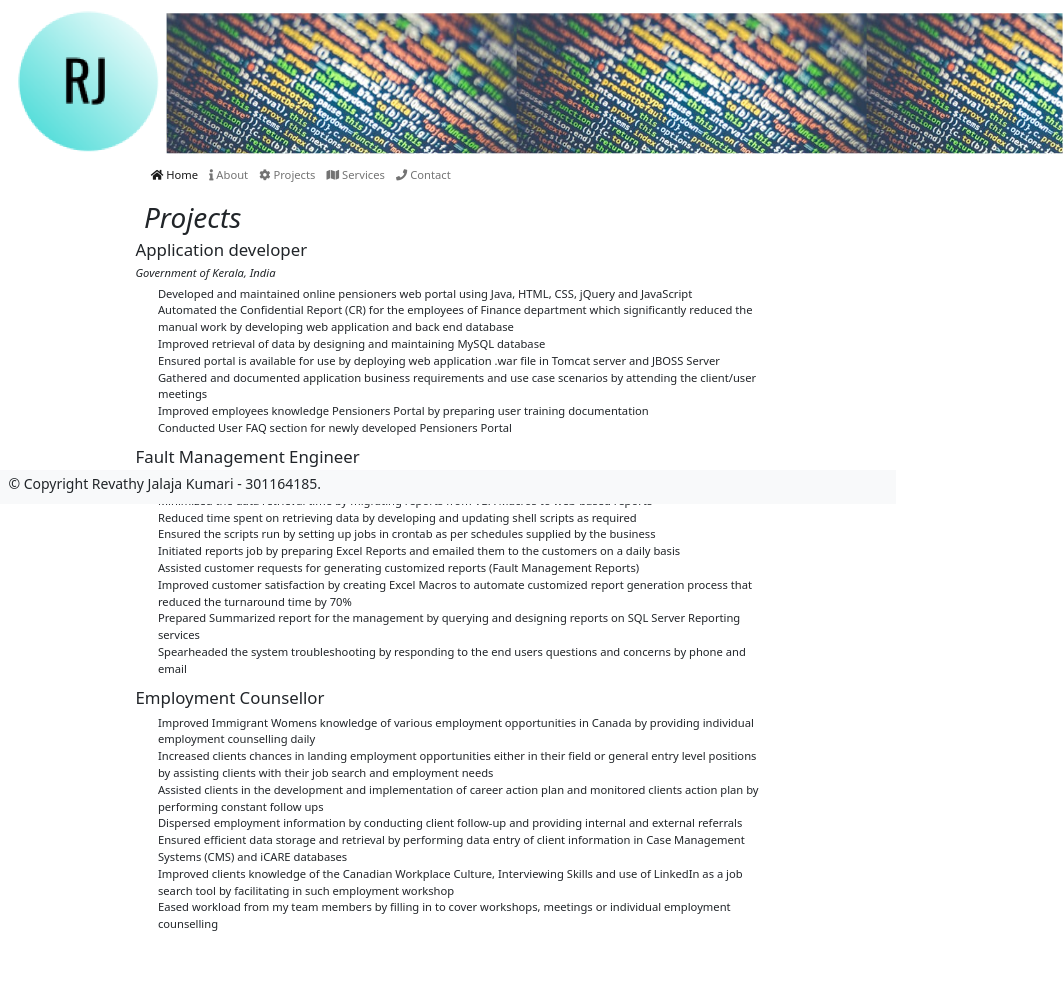
Repository: RevathyJK/Portfolio
Page: http://localhost/projects
The author's editor kept a copy of each file at every save. The page is drawn from the files as they stood at one save, then again after the next save.
The browser window is 1280 px wide. The page is 1519 px wide, so the pictures cover 1519 px, including what lies to the right of the window. The pictures show the whole page, at 70% of full size.
Backgrounds fixed to the window are drawn as part of the page. The page is served by the project's Node server (server.js).

Above is the page before, as saved 2021-10-01 14:16:01.

After the next save:
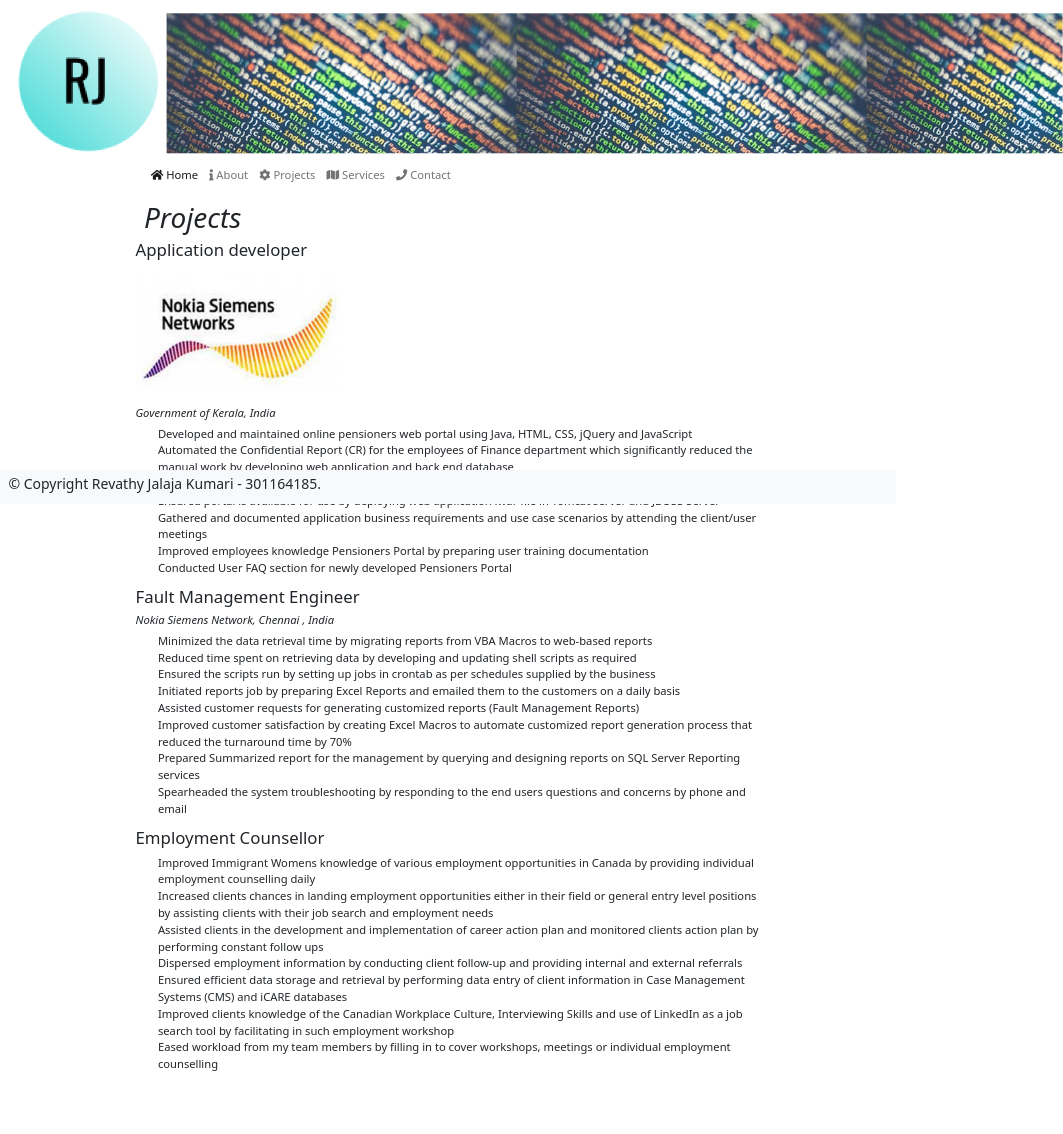
Saved 102 min 22 s later.
--- a/Server/Views/content/projects.ejs
+++ b/Server/Views/content/projects.ejs
@@ -5,7 +5,7 @@
 
 <div>
 <tr>
-        <h4>Application developer</h4>
+        <h4>Application developer</h4><img  height="200" src="nsn.jpg" width="300" class="auto-style1">
         <h6><i>Government of Kerala, India</i></h6>
         <ul>
                 <li>Developed and maintained online pensioners web portal using Java, HTML, CSS, jQuery and JavaScript </li>
